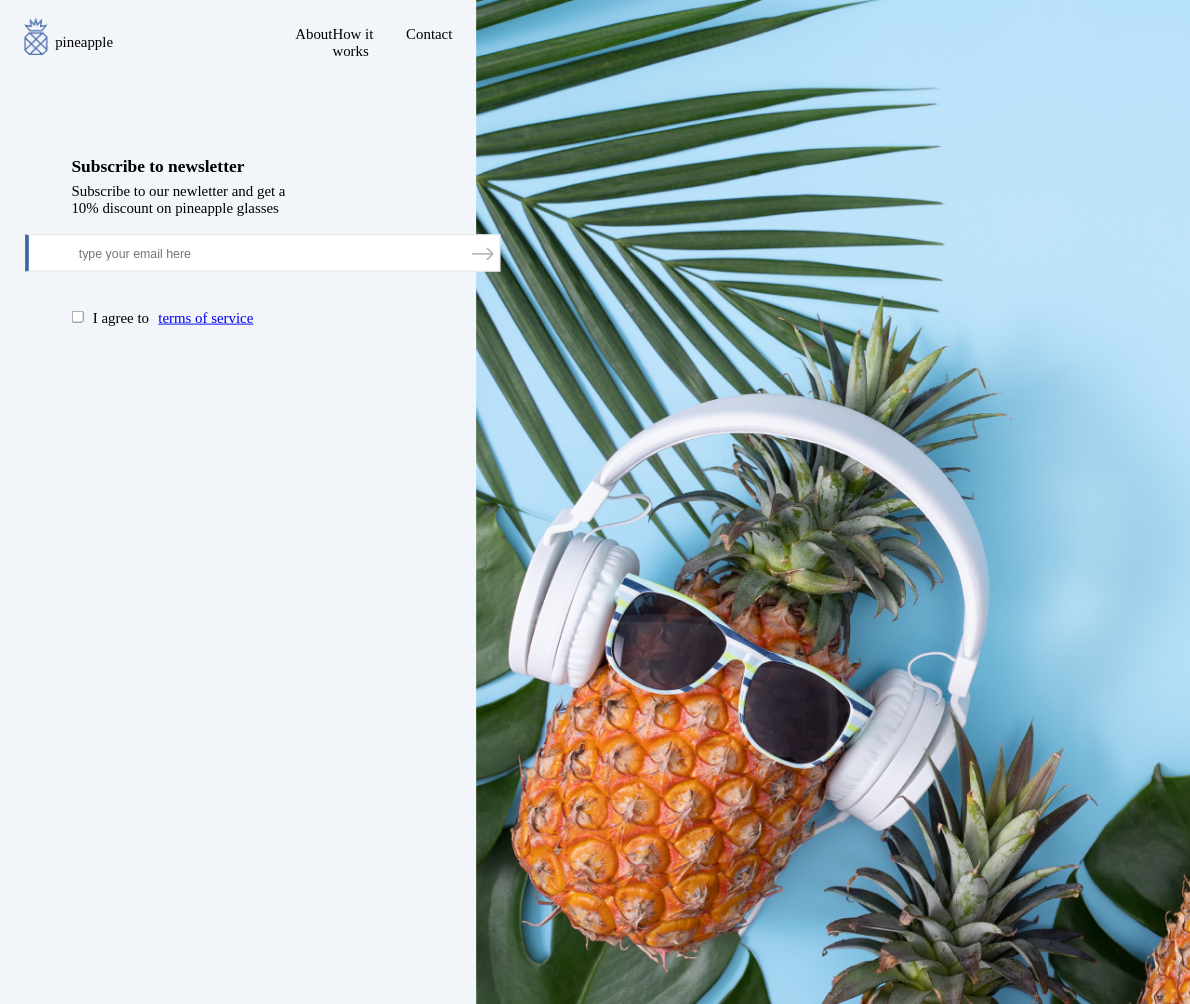
Repository: PaulsBebris/megabit-task
Page: /
The author's editor kept a copy of each file at every save. The page is drawn from the files as they stood at one save, then again after the next save.
The browser window is 1280 px wide. The pictures show the whole page, at 93% of full size.
The project was rebuilt for these pictures with package versions that can differ from the ones it lists, and the page was loaded fresh each time.

Above is the page before, as saved 2021-04-19 15:02:27.

After the next save:
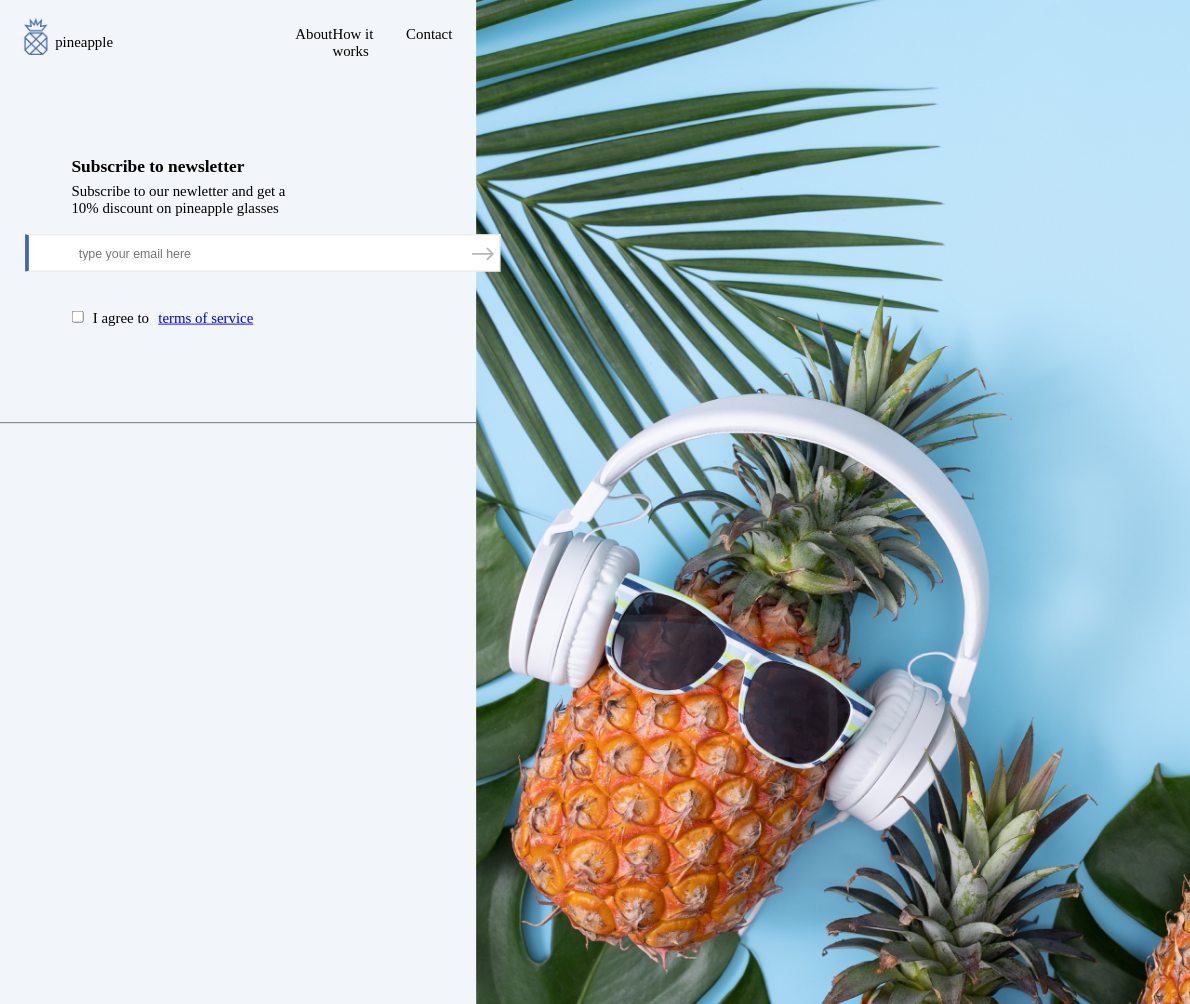
Saved 3 min 20 s later.
--- a/src/views/Home.vue
+++ b/src/views/Home.vue
@@ -28,6 +28,9 @@
         <input type="checkbox" name="agreedOnTerms" id="">
         <span>I agree to</span>
         <a href="#">terms of service</a>
+      </div>
+      <div class="separator">
+        <div class="separator-line"></div>
       </div>
       <div class="social-wrapper"></div>
     </div>
@@ -151,6 +154,14 @@ export default {
 .terms-of-use > * {
   margin-right: 10px;
 }
+.separator {
+  margin-top: 20%;
+}
+.separator-line {
+  border-bottom: 1px solid $grey;
+}
+
+
 // mobile
 @media screen and (max-width: 1024px) {
   .base-image {
